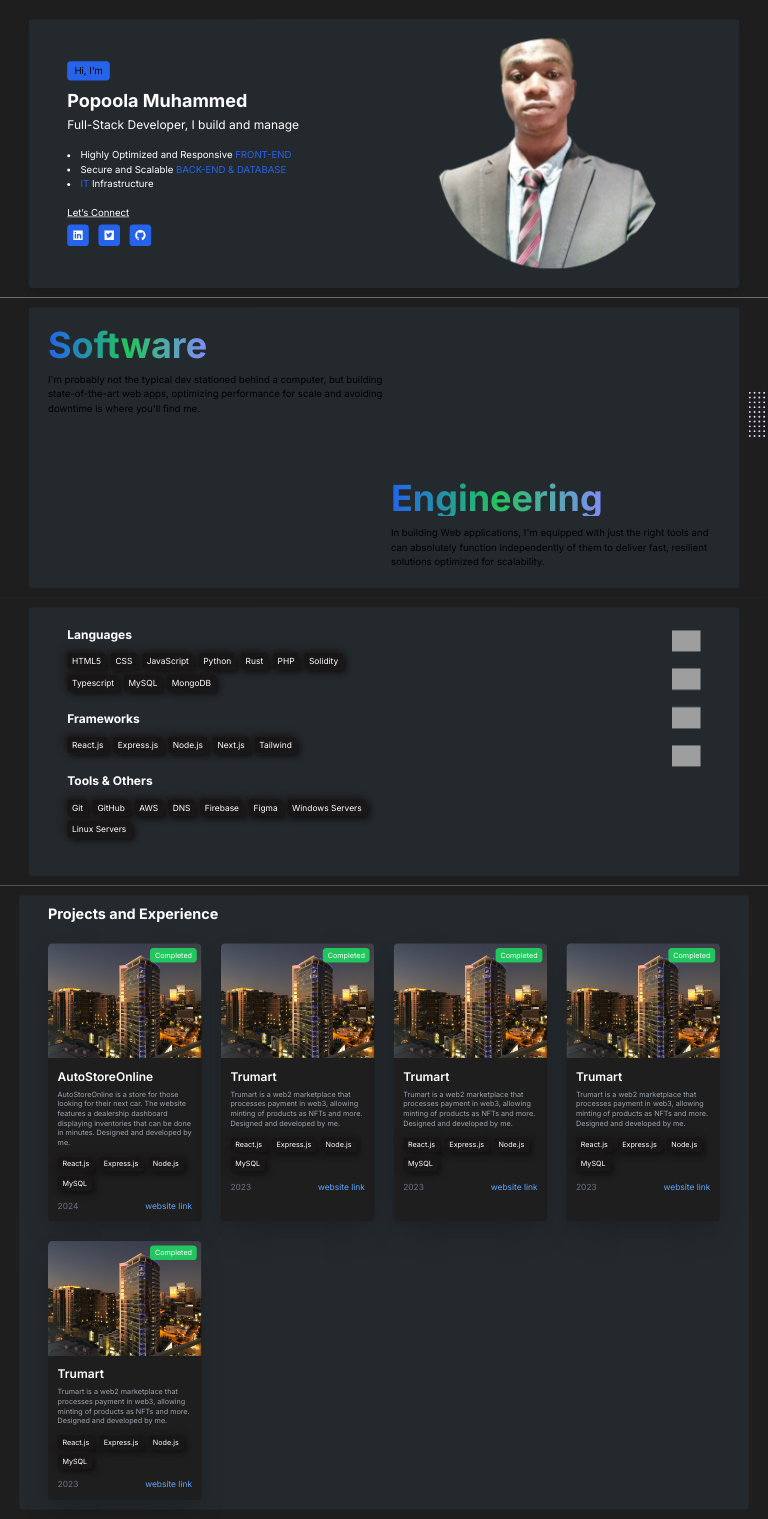
Repository: muhammedctgr/hammedctgr
Page: /
The author's editor kept a copy of each file at every save. The page is drawn from the files as they stood at one save, then again after the next save.
The browser window is 1280 px wide. The pictures show the whole page, at 60% of full size.
Pictures or frames that could not be fetched are drawn as grey boxes. The project was rebuilt for these pictures with package versions that can differ from the ones it lists, and the page was loaded fresh each time. The framework's server and built-in components were replaced by stand-ins that run in the browser. Also part of the build but not shown: next.config.mjs.

Above is the page before, as saved 2024-08-06 23:41:14.

After the next save:
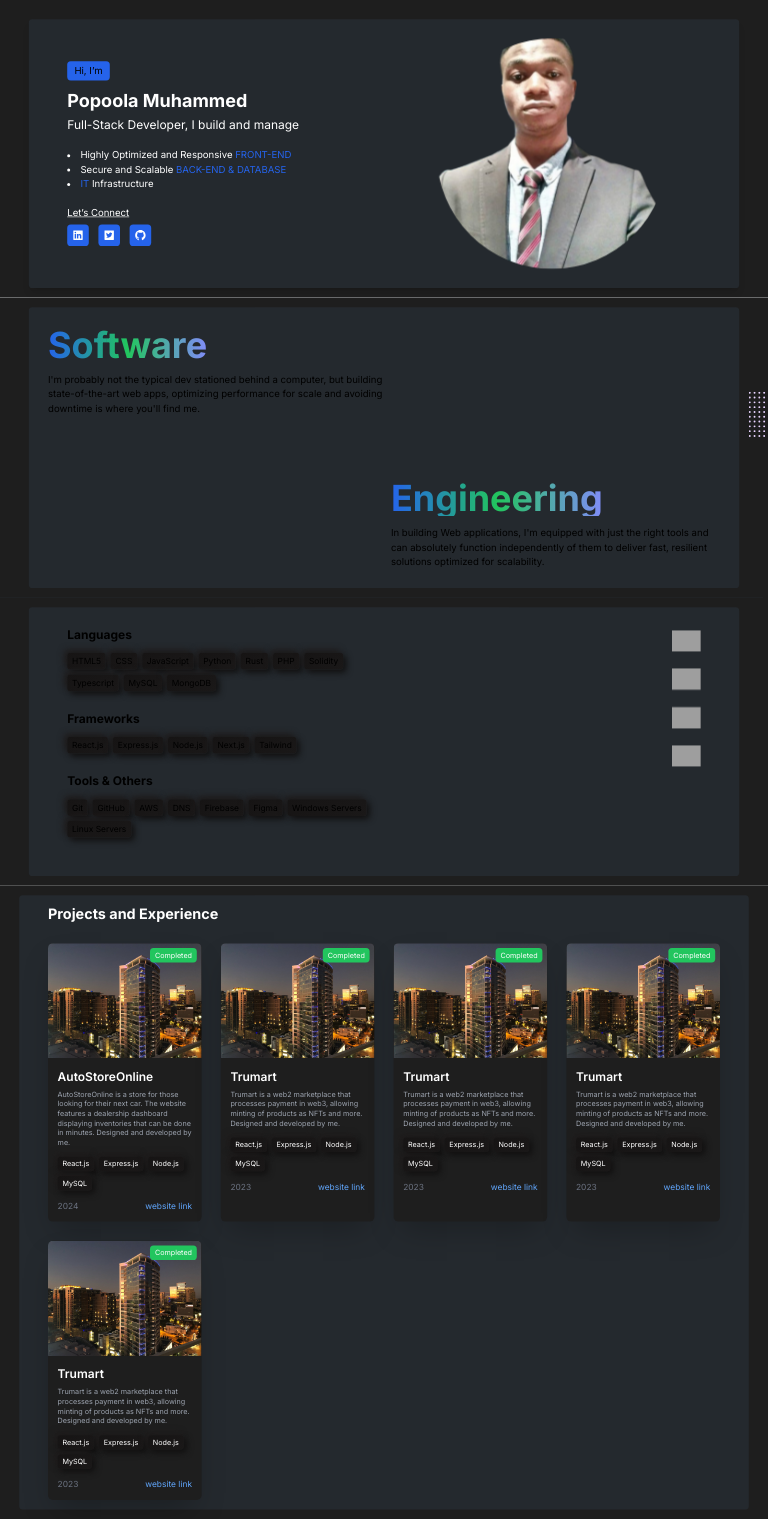
Saved 45 s later.
--- a/components/SkillsSection.tsx
+++ b/components/SkillsSection.tsx
@@ -57,7 +57,7 @@ const icons = [
 
 const SkillsSection: FC = () => {
   return (
-  <section className="px-4 py-4 md:px-8 lg:px-12 bg-gptGray text-white">
+  <section className="px-4 py-4 md:px-8 lg:px-12 bg-gptGray ">
   <div className="container bg-githubGray rounded-md mx-auto flex flex-col md:flex-row items-start md:px-8">
     <div className="flex-1 p-4 md:p-8">
       {skills.map((category) => (
